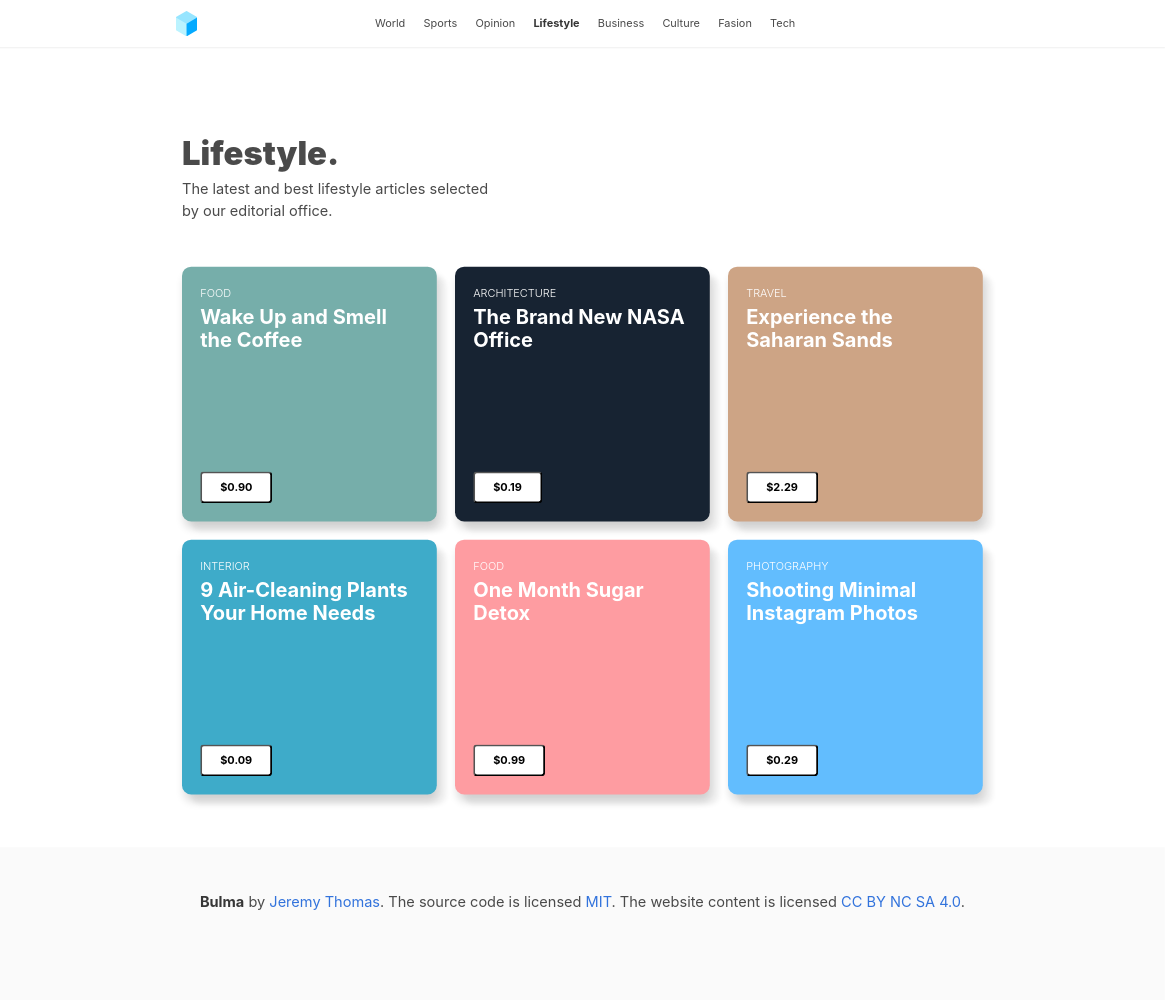
Repository: DOODpls/js_ass1
Page: index.html
The author's editor kept a copy of each file at every save. The page is drawn from the files as they stood at one save, then again after the next save.
The browser window is 1280 px wide. The pictures show the whole page, at 91% of full size.

Above is the page before, as saved 2019-11-22 19:12:30.

### index.html
<!DOCTYPE html>
<html>
<head>
    <title></title>
    <link rel="stylesheet" href="https://cdnjs.cloudflare.com/ajax/libs/bulma/0.7.5/css/bulma.min.css" integrity="sha256-vK3UTo/8wHbaUn+dTQD0X6dzidqc5l7gczvH+Bnowwk=" crossorigin="anonymous" />
    <link rel="stylesheet" type="text/css" href="./styles.css">
</head>
<body>

    <nav class="navbar">
        <div class="container">
            <div class="logo"></div>
            <ul>
                <li>World</li>
                <li>Sports</li>
                <li>Opinion</li>
                <li><strong>Lifestyle</strong></li>
                <li>Business</li>
                <li>Culture</li>
                <li>Fasion</li>
                <li>Tech</li>
            </ul>
            <span class="icon">
              <i class="ion-ionic" style='color: black; background: black;'></i>
            </span>
        </div>
    </nav>

    <section class="section">
        <div class="container">
            <div style='margin: 40px 10px 40px'>
                <h1>Lifestyle.</h1>
                <p>The latest and best lifestyle articles selected<br/>
                    by our editorial office.
                </p>
            </div>
        </div>
        <div class="container">
            <div class='card-row' id='content'></div>
        </div>
    </section>

    <footer class="footer">
        <div class="content has-text-centered">
            <p>
                <strong>Bulma</strong> by <a href="https://jgthms.com">Jeremy Thomas</a>. The source code is licensed
                <a href="http://opensource.org/licenses/mit-license.php">MIT</a>. The website content
                is licensed <a href="http://creativecommons.org/licenses/by-nc-sa/4.0/">CC BY NC SA 4.0</a>.
            </p>
        </div>
    </footer>

    <script type="text/javascript" src='./app.js'></script>
</body>
</html>

### styles.css
/* - - - - - - - - - - - - - - - - - - - - - - - - - - - - - -
GENERAL
- - - - - - - - - - - - - - - - - - - - - - - - - - - - - - */
h1 {
    font-size: 36px;
    font-weight: 900;
}

.container {
    max-width: 900px;
}

/* - - - - - - - - - - - - - - - - - - - - - - - - - - - - - -
NAV
- - - - - - - - - - - - - - - - - - - - - - - - - - - - - - */
nav {
    border-bottom: 1px solid #ededed;
}

.navbar > .container {
    display: flex;
    align-items: center;
    justify-content: space-between;
}

nav .container ul {
    display: flex;
}

nav .container ul li {
    margin: 0 10px;
    font-size: 12px;
}

.logo {
    background: url('./img/logo.svg');
    background-size: 24px;
    background-position: center;
    background-repeat: no-repeat;

    height: 30px;
    width: 30px;
}

@media (max-width: 600px) {
    nav .container {
        padding: 0 30px;
    }

    nav .container ul {
        display: none;
    }
}

/* TILES */
.card-row {
    display: flex;
    flex-wrap: wrap;
}

.card {
    height: 280px;
    border-radius: 10px;
    background: rgba(23, 35, 50, 1);
    flex: 1 230px;
    margin: 10px;
    padding: 20px;
    position: relative;
    box-shadow: 2px 8px 9px 0px rgba(0, 0, 0, 0.14),
        11px 11px 6px rgba(0, 0, 0, 0.05);
}

.card .buy-button {
    position: absolute;
    bottom: 20px;
    left: 20px;
    background: white;
    color: black;
    border-radius: 4px;
    padding: 8px 20px;
    font-size: 12px;
    font-weight: 700;
}

.card .topic {
    color: white;
    font-weight: 300;
    font-size: 12px;
    text-transform: uppercase;
    margin-bottom: 5px;
}
.card .title {
    color: white;
    font-weight: 700;
    font-size: 22px;
}

### app.js
const green = 'rgba(118,174, 170, 1)'
const black = 'rgba(23,35, 50, 1)'
const brown = 'rgba(205,164, 133, 1)'
const greenblue = 'rgba(62,171, 201, 1)'
const pink = 'rgba(254,156, 161, 1)'
const blue = 'rgba(98,189, 254, 1)'

const data = [
    {
        topic: 'Food',
        title: 'Wake Up and Smell the Coffee',
        price: '$0.90',
        color: green
    },
    {
        topic: 'Architecture',
        title: 'The Brand New NASA Office',
        price: '$0.19',
        color: black
    },
    {
        topic: 'Travel',
        title: 'Experience the Saharan Sands',
        price: '$2.29',
        color: brown
    },
    {
        topic: 'Interior',
        title: '9 Air-Cleaning Plants Your Home Needs',
        price: '$0.09',
        color: greenblue
    },
    {
        topic: 'Food',
        title: 'One Month Sugar Detox',
        price: '$0.99',
        color: pink
    },
    {
        topic: 'Photography',
        title: 'Shooting Minimal Instagram Photos',
        price: '$0.29',
        color: blue
    }
]

// Instructions
// Take the data above and display it as tiles on the page
        //tried to do sort, but i suck
        // const button1 = document.querySelector('body section .container')
        // const btn1 = document.createElement('button')
        // btn1.className= 'buy-button'
        // btn1.id = "butt1"
        // button1.appendChild(btn1)

        // function sort1(){
        //     data.sort((a, b) => (a.topic > b.topic) ? 1 : -1)
        // }

        // const button2 = document.querySelector('#butt1')
        // button2.addEventListener('click', function(event) {
        //     sort1()
        // })

    // for(i=0; i<data.length; i++){
    //     let heig
    //     if(i % 2 == 0){
    //         heig = '500px'
    //     }

    //     const tilers = document.querySelector('#content')
    //     const divr = document.createElement('div')
    //     divr.className= 'card'
    //     divr.style.backgroundColor = data[i].color
    //     divr.style.flex = heig
    //     divr.id = 'divtile'+ i
    //     tilers.appendChild(divr)

    //     const p1 = document.querySelector('#divtile'+i)
    //     const pr1 = document.createElement('p')
    //     pr1.textContent = data[i].topic
    //     pr1.className= 'topic'
    //     p1.appendChild(pr1)

    //     const p2 = document.querySelector('#divtile'+i)
    //     const pr2 = document.createElement('p')
    //     pr2.textContent = data[i].title
    //     pr2.className= 'title'
    //     p2.appendChild(pr2)

    //     const btn1 = document.querySelector('#divtile'+i)
    //     const btr2 = document.createElement('button')
    //     btr2.textContent = data[i].price
    //     btr2.className= 'buy-button'
    //     btn1.appendChild(btr2)
    // }

    data.forEach(function(item)
    {

        const tilers = document.querySelector('#content')
        const divr = document.createElement('div')
        divr.className = 'card'
        divr.style.backgroundColor = item.color
        tilers.appendChild(divr)

        const pr1 = document.createElement('p')
        pr1.textContent = item.topic
        pr1.className= 'topic'
        divr.appendChild(pr1)

        const pr2 = document.createElement('p')
        pr2.textContent = item.title
        pr2.className= 'title'
        divr.appendChild(pr2)

        const btr2 = document.createElement('button')
        btr2.textContent = item.price
        btr2.className= 'buy-button'
        divr.appendChild(btr2)
    })


    //this one also works lolllll
    // data.forEach(function(items)
    // {
    // //   document.getElementById('content').innerHTML += '<div class="card" style="background-color:'+items.color+'"><p class="topic">'+items.topic+'</p><p class="title">'+items.title+'</p><button class="buy-button">'+items.price+'</button></div>';
    // })

After the next save:
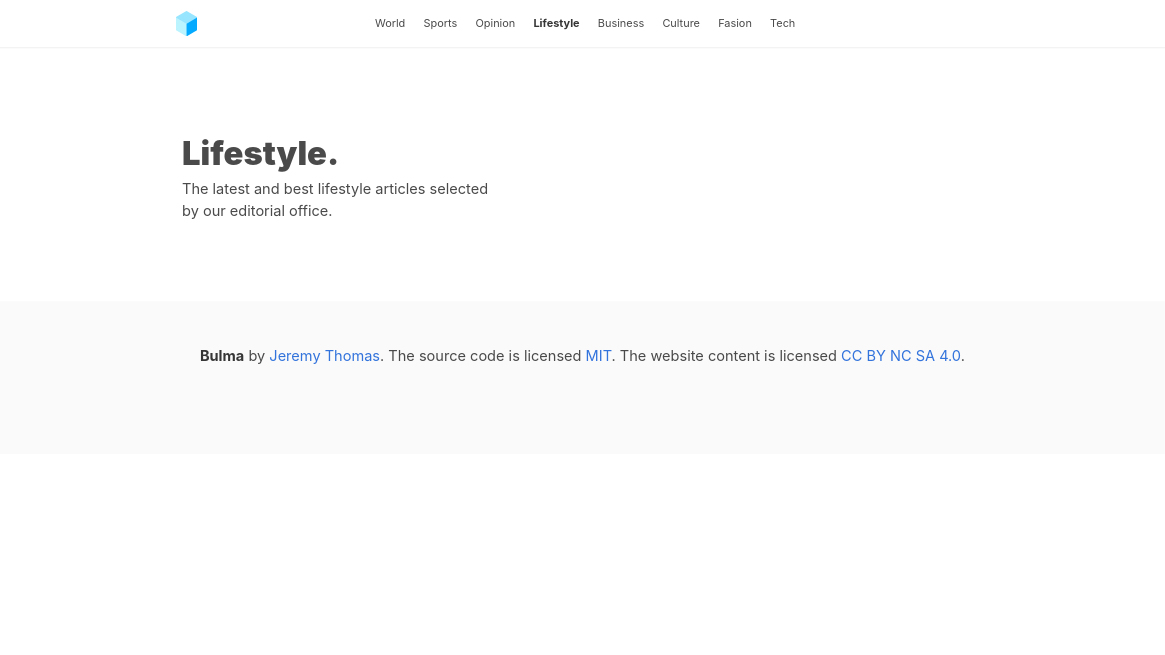
Console error: SyntaxError: Unexpected identifier 'to'
Saved 2 min 2 s later.
--- a/app.js
+++ b/app.js
@@ -46,21 +46,21 @@
 
 // Instructions
 // Take the data above and display it as tiles on the page
-        //tried to do sort, but i suck
-        // const button1 = document.querySelector('body section .container')
-        // const btn1 = document.createElement('button')
-        // btn1.className= 'buy-button'
-        // btn1.id = "butt1"
-        // button1.appendChild(btn1)
+        tried to do sort, but i suck
+        const button1 = document.querySelector('body section .container')
+        const btn1 = document.createElement('button')
+        btn1.className= 'buy-button'
+        btn1.id = "butt1"
+        button1.appendChild(btn1)
 
-        // function sort1(){
-        //     data.sort((a, b) => (a.topic > b.topic) ? 1 : -1)
-        // }
+        function sort1(){
+            data.sort((a, b) => (a.topic > b.topic) ? 1 : -1)
+        }
 
-        // const button2 = document.querySelector('#butt1')
-        // button2.addEventListener('click', function(event) {
-        //     sort1()
-        // })
+        const button2 = document.querySelector('#butt1')
+        button2.addEventListener('click', function(event) {
+            sort1()
+        })
 
     // for(i=0; i<data.length; i++){
     //     let heig

After the save that followed:
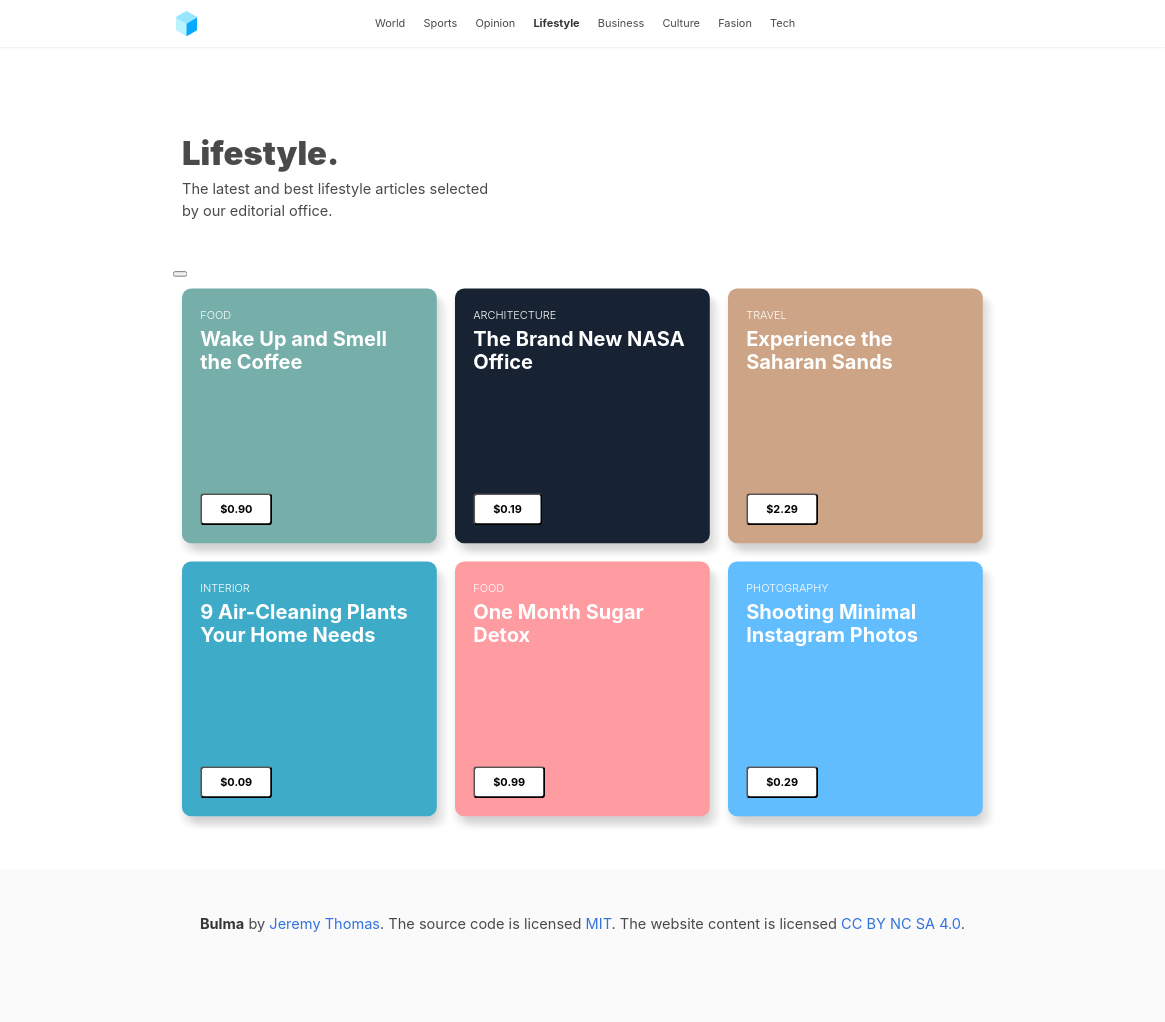
The error is gone.
Saved 12 s later.
--- a/app.js
+++ b/app.js
@@ -46,7 +46,7 @@
 
 // Instructions
 // Take the data above and display it as tiles on the page
-        tried to do sort, but i suck
+        // tried to do sort, but i suck
         const button1 = document.querySelector('body section .container')
         const btn1 = document.createElement('button')
         btn1.className= 'buy-button'
